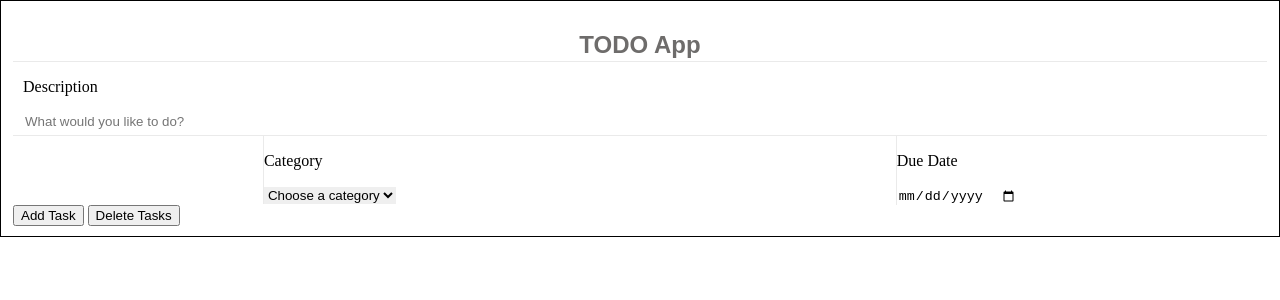
Repository: king-slayer97/TODO-App
Page: http://localhost/
An editor plug-in stored every save of this project. The page is shown before and after a run of saves, followed by the edit.
The browser window is 1280 px wide. The pictures show the whole page.
The page is served by the project's Node server (index.js).

Above is the page before, as saved 2022-08-15 17:09:47.

After the next 2 saves:
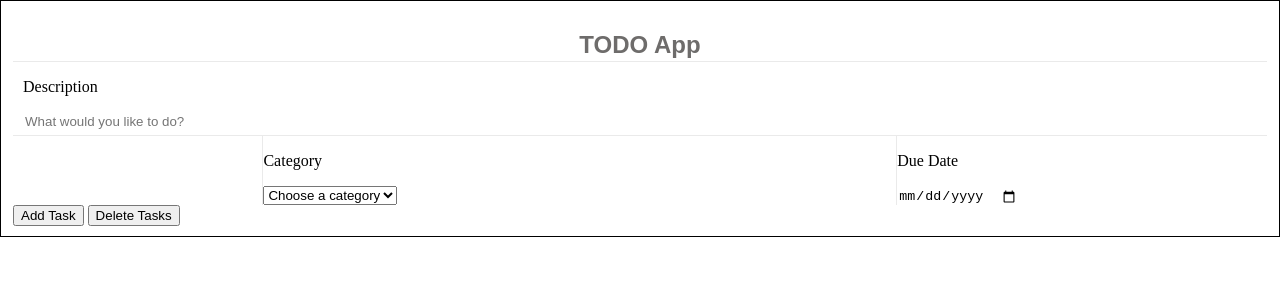
The 2 saves are shown as one change because they came seconds apart.
The last was saved 40 s later.
--- a/assets/css/home.css
+++ b/assets/css/home.css
@@ -52,7 +52,7 @@
     justify-content: space-around;
 }
 
-
+.category
 
 
 .category select,.description input[type="text"],.date input[type="date"]{

After the 2 saves that followed:
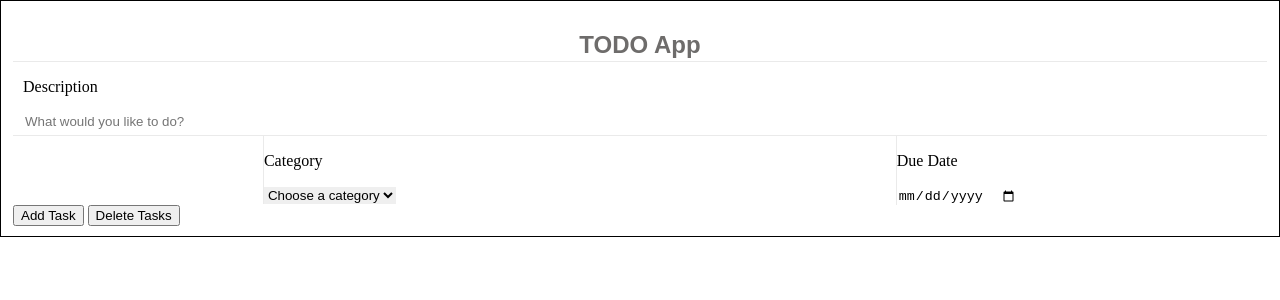
The 2 saves are shown as one change because they came seconds apart.
The last was saved 25 s later.
--- a/assets/css/home.css
+++ b/assets/css/home.css
@@ -50,9 +50,10 @@
     display: flex;
     align-items: center;
     justify-content: space-around;
+
 }
 
-.category
+/* .category  */
 
 
 .category select,.description input[type="text"],.date input[type="date"]{
